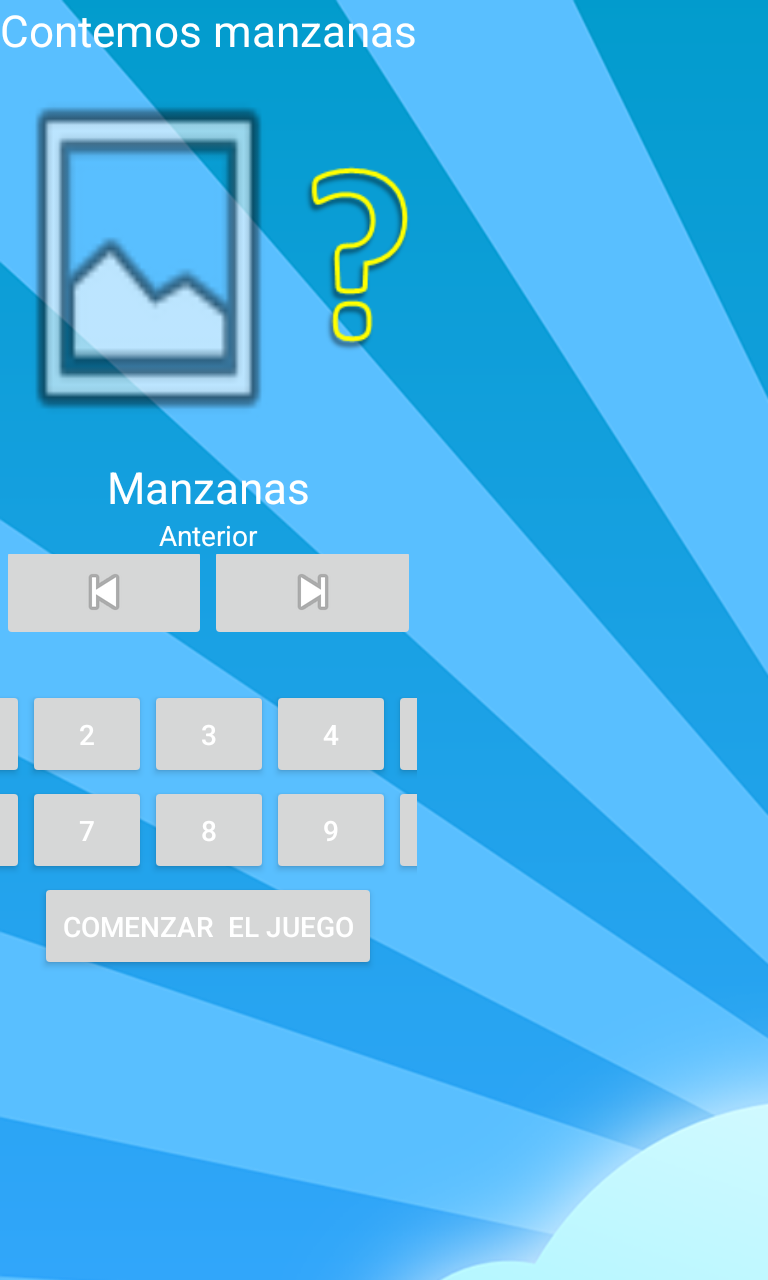
Repository: AntonioloNeviani/ProyectoDeInvestigacion_Android
Layout: FiliiStude/res/layout/activity_contar_manzanas.xml
These files come from the project's save history. The layout is drawn as it stood at one moment and after the next save; the edit follows.
It is drawn on a 768 x 1280 px phone screen (xhdpi) without system bars, with theme AppTheme; the app's code is not run.

Above is the layout before, as saved 2015-05-27 15:27:08.

### FiliiStude/res/layout/activity_contar_manzanas.xml
<LinearLayout xmlns:android="http://schemas.android.com/apk/res/android"
    xmlns:tools="http://schemas.android.com/tools"
    android:layout_width="fill_parent"
    android:layout_height="wrap_content"
    android:background="@drawable/fondo_conmanz"
    android:orientation="horizontal"
    tools:context="com.filii.filiistude.ContarManzanas" >

    <ScrollView
        android:id="@+id/scrollView1"
        android:layout_width="wrap_content"
        android:layout_height="wrap_content" >

        <LinearLayout
            android:layout_width="match_parent"
            android:layout_height="506dp"
            android:gravity="center"
            android:orientation="vertical" >

            <TextView
                android:id="@+id/textView3"
                android:layout_width="wrap_content"
                android:layout_height="wrap_content"
                android:layout_weight="39.39"
                android:text="Contemos manzanas"
                android:textAppearance="?android:attr/textAppearanceLarge"
                android:textColor="#FFFFFF" />

            <LinearLayout
                android:layout_width="match_parent"
                android:layout_height="wrap_content"
                android:layout_weight="39.39"
                android:gravity="center" >

                <ImageView
                    android:id="@+id/imageView_imagen"
                    android:layout_width="188dp"
                    android:layout_height="198dp"
                    android:layout_weight="1.02"
                    android:adjustViewBounds="true"
                    android:contentDescription="DescripciÃ³n del contenido de la imagen"
                    android:scaleType="fitXY"
                    android:src="@android:drawable/ic_menu_gallery" />

                <ImageView
                    android:id="@+id/numero"
                    android:layout_width="wrap_content"
                    android:layout_height="199dp"
                    android:layout_weight="0.32"
                    android:src="@drawable/interrogacio" />
            </LinearLayout>

            <TextView
                android:id="@+id/textView_superior"
                android:layout_width="match_parent"
                android:layout_height="wrap_content"
                android:layout_weight="17.52"
                android:gravity="center"
                android:text="Manzanas"
                android:textAppearance="?android:attr/textAppearanceLarge"
                android:textColor="#FFFFFF" />

            <TextView
                android:id="@+id/textView_inferior"
                android:layout_width="match_parent"
                android:layout_height="wrap_content"
                android:layout_weight="60.18"
                android:gravity="center"
                android:text="Anterior                              Siguiente"
                android:textAppearance="?android:attr/textAppearanceSmall"
                android:textColor="#FFFFFF" />

            <LinearLayout
                android:layout_width="match_parent"
                android:layout_height="wrap_content"
                android:layout_weight="39.39"
                android:gravity="center" >

                <ImageButton
                    android:id="@+id/ImageButton5"
                    android:layout_width="wrap_content"
                    android:layout_height="wrap_content"
                    android:layout_marginBottom="14dp"
                    android:layout_weight="39.39"
                    android:onClick="anterior"
                    android:src="@android:drawable/ic_media_previous" />

                <ImageButton
                    android:id="@+id/ImageButton6"
                    android:layout_width="wrap_content"
                    android:layout_height="wrap_content"
                    android:layout_marginBottom="14dp"
                    android:layout_weight="39.39"
                    android:onClick="siguiente"
                    android:src="@android:drawable/ic_media_next" />
            </LinearLayout>

            <LinearLayout
                android:layout_width="match_parent"
                android:layout_height="wrap_content"
                android:layout_weight="39.39"
                android:gravity="center" >

                <Button
                    android:id="@+id/button1"
                    android:layout_width="61dp"
                    android:layout_height="wrap_content"
                    android:onClick="prueba"
                    android:text="1"
                    android:textColor="#FFFFFF" />

                <Button
                    android:id="@+id/button2"
                    android:layout_width="61dp"
                    android:layout_height="wrap_content"
                    android:onClick="prueba"
                    android:text="2"
                    android:textColor="#FFFFFF" />

                <Button
                    android:id="@+id/button3"
                    android:layout_width="61dp"
                    android:layout_height="wrap_content"
                    android:onClick="prueba"
                    android:text="3"
                    android:textColor="#FFFFFF" />

                <Button
                    android:id="@+id/button4"
                    android:layout_width="61dp"
                    android:layout_height="wrap_content"
                    android:onClick="prueba"
                    android:text="4"
                    android:textColor="#FFFFFF" />

                <Button
                    android:id="@+id/button5"
                    android:layout_width="61dp"
                    android:layout_height="wrap_content"
                    android:onClick="prueba"
                    android:text="5"
                    android:textColor="#FFFFFF" />
            </LinearLayout>

            <LinearLayout
                android:layout_width="match_parent"
                android:layout_height="wrap_content"
                android:layout_weight="39.39"
                android:gravity="center" >

                <Button
                    android:id="@+id/button6"
                    android:layout_width="61dp"
                    android:layout_height="wrap_content"
                    android:onClick="prueba"
                    android:text="6"
                    android:textColor="#FFFFFF" />

                <Button
                    android:id="@+id/button7"
                    android:layout_width="61dp"
                    android:layout_height="wrap_content"
                    android:onClick="prueba"
                    android:text="7"
                    android:textColor="#FFFFFF" />

                <Button
                    android:id="@+id/button8"
                    android:layout_width="61dp"
                    android:layout_height="wrap_content"
                    android:onClick="prueba"
                    android:text="8"
                    android:textColor="#FFFFFF" />

                <Button
                    android:id="@+id/button9"
                    android:layout_width="61dp"
                    android:layout_height="wrap_content"
                    android:onClick="prueba"
                    android:text="9"
                    android:textColor="#FFFFFF" />

                <Button
                    android:id="@+id/button10"
                    android:layout_width="61dp"
                    android:layout_height="wrap_content"
                    android:onClick="prueba"
                    android:text="10"
                    android:textColor="#FFFFFF" />
            </LinearLayout>

            <Button
                android:id="@+id/juego"
                android:layout_width="wrap_content"
                android:layout_height="wrap_content"
                android:layout_weight="39.39"
                android:onClick="prueba"
                android:text="Comenzar  el juego"
                android:textColor="#FFFFFF" />
        </LinearLayout>

    </ScrollView>

</LinearLayout>

Loaded but not shown: FiliiStude/res/values/styles.xml (common file); FiliiStude/res/values-v11/styles.xml (common file); FiliiStude/res/values-v14/styles.xml (common file)

After the next save:
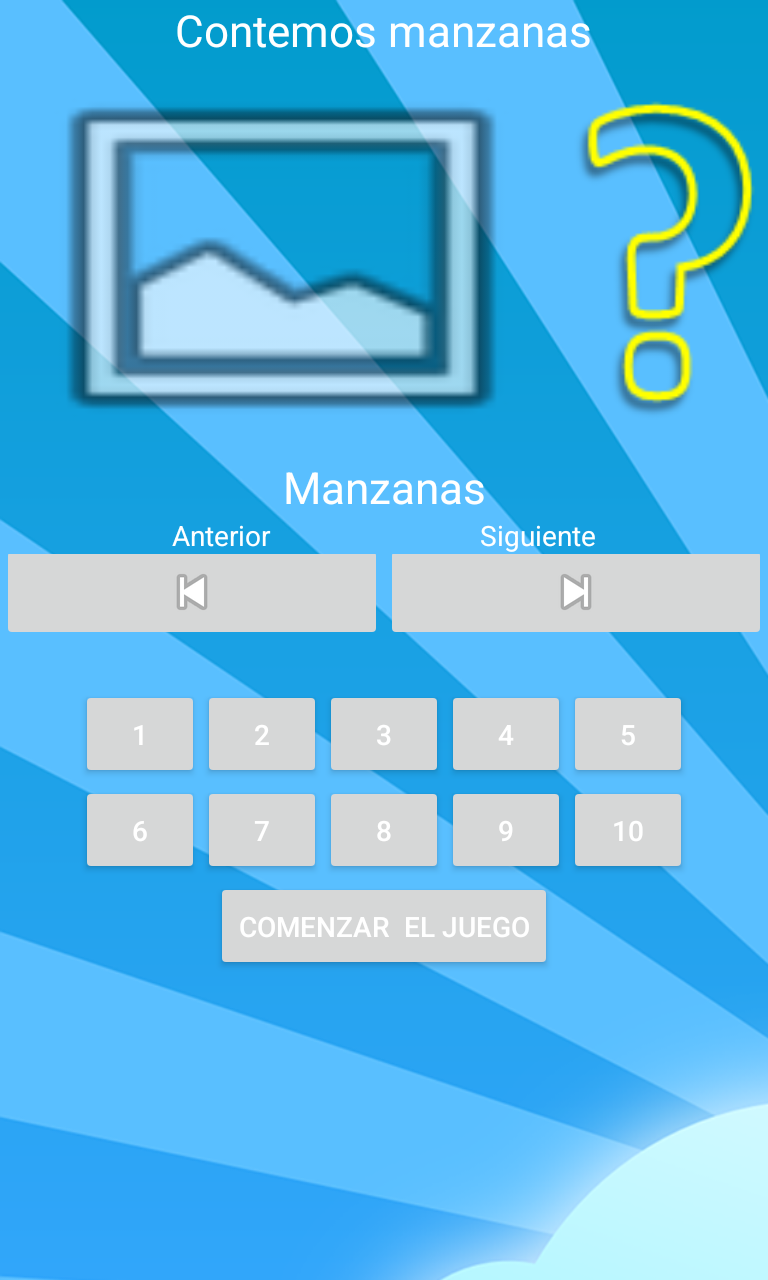
Saved 71 s later.
--- a/FiliiStude/res/layout/activity_contar_manzanas.xml
+++ b/FiliiStude/res/layout/activity_contar_manzanas.xml
@@ -8,8 +8,8 @@
 
     <ScrollView
         android:id="@+id/scrollView1"
-        android:layout_width="wrap_content"
-        android:layout_height="wrap_content" >
+        android:layout_width="match_parent"
+        android:layout_height="match_parent" >
 
         <LinearLayout
             android:layout_width="match_parent"
